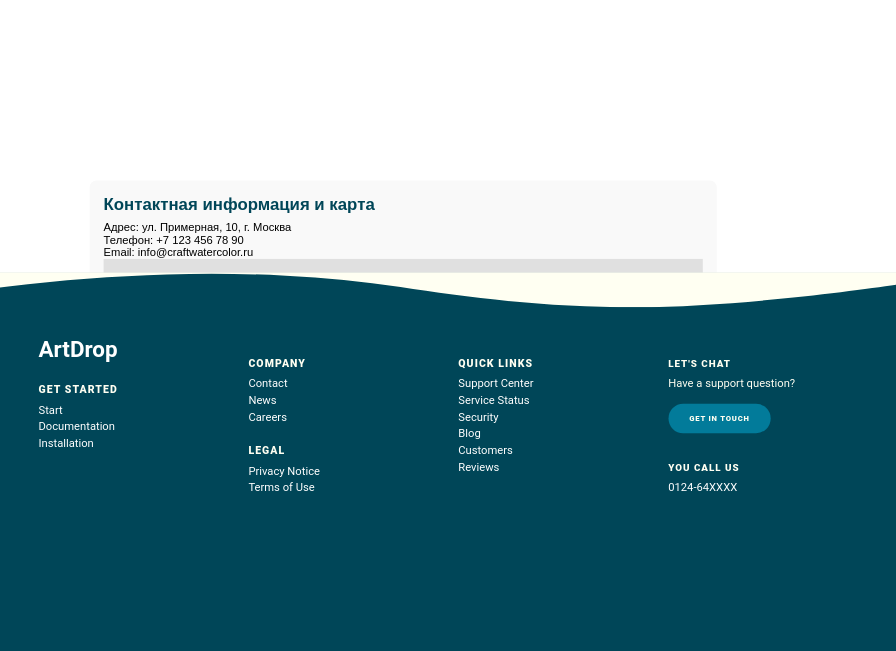
Repository: mnats725/art-drop
Page: index.html
These files come from the project's save history. The page is drawn as it stood at one moment and after the next save; the edit follows.
The browser window is 1280 px wide. The pictures show the part of the page from y = 1317 to 3237 px (the page is 2247 px tall before and 3237 px after), at 70% of full size.

Above is the page before, as saved 2024-05-21 00:24:25.

After the next save:
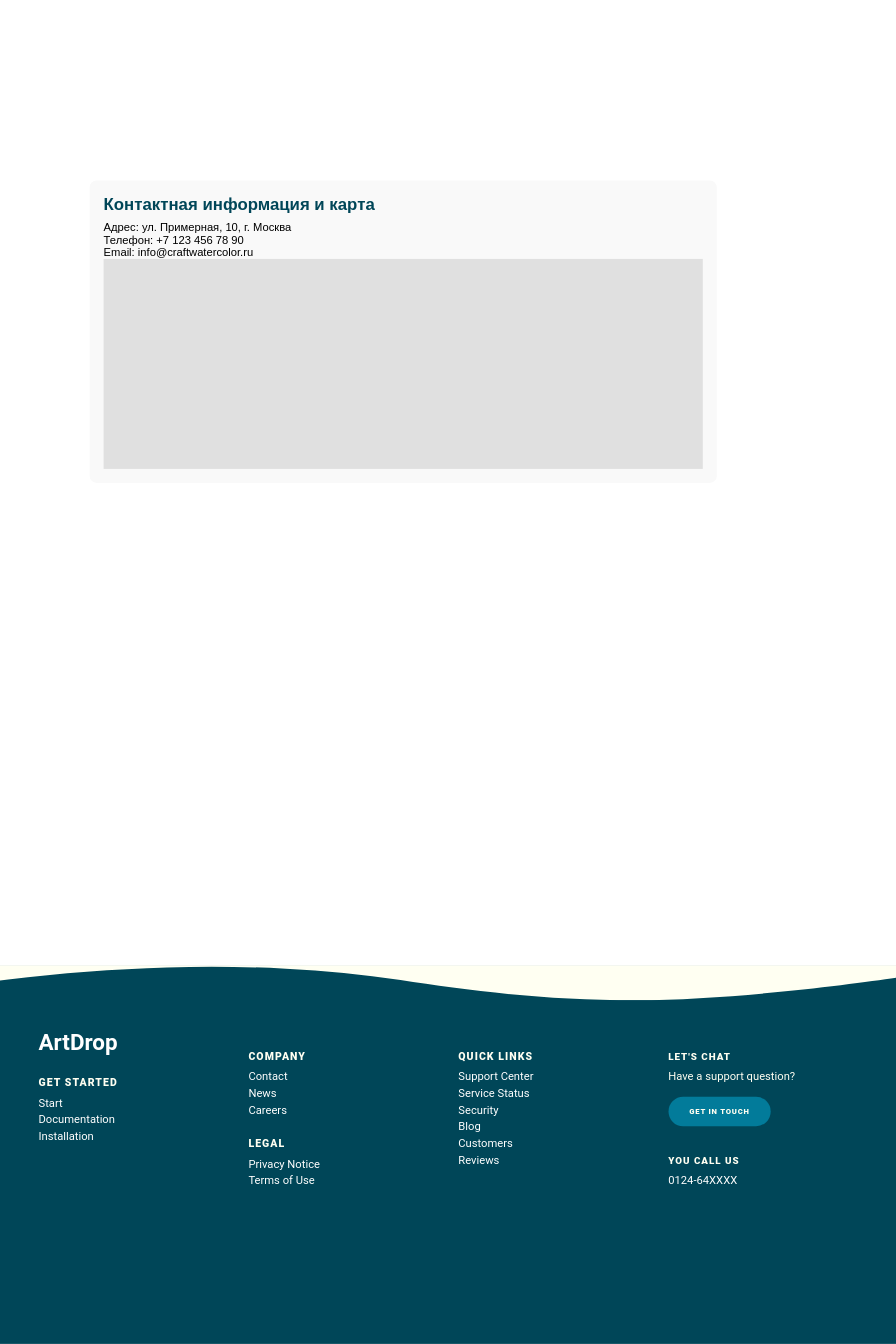
Saved 6 s later.
--- a/css/style.css
+++ b/css/style.css
@@ -112,7 +112,7 @@ body {
 
 
   .footer {
-    margin-top: 10px;
+    margin-top: 1000px;
       background-color: #004658;
       color: #fff;
 
